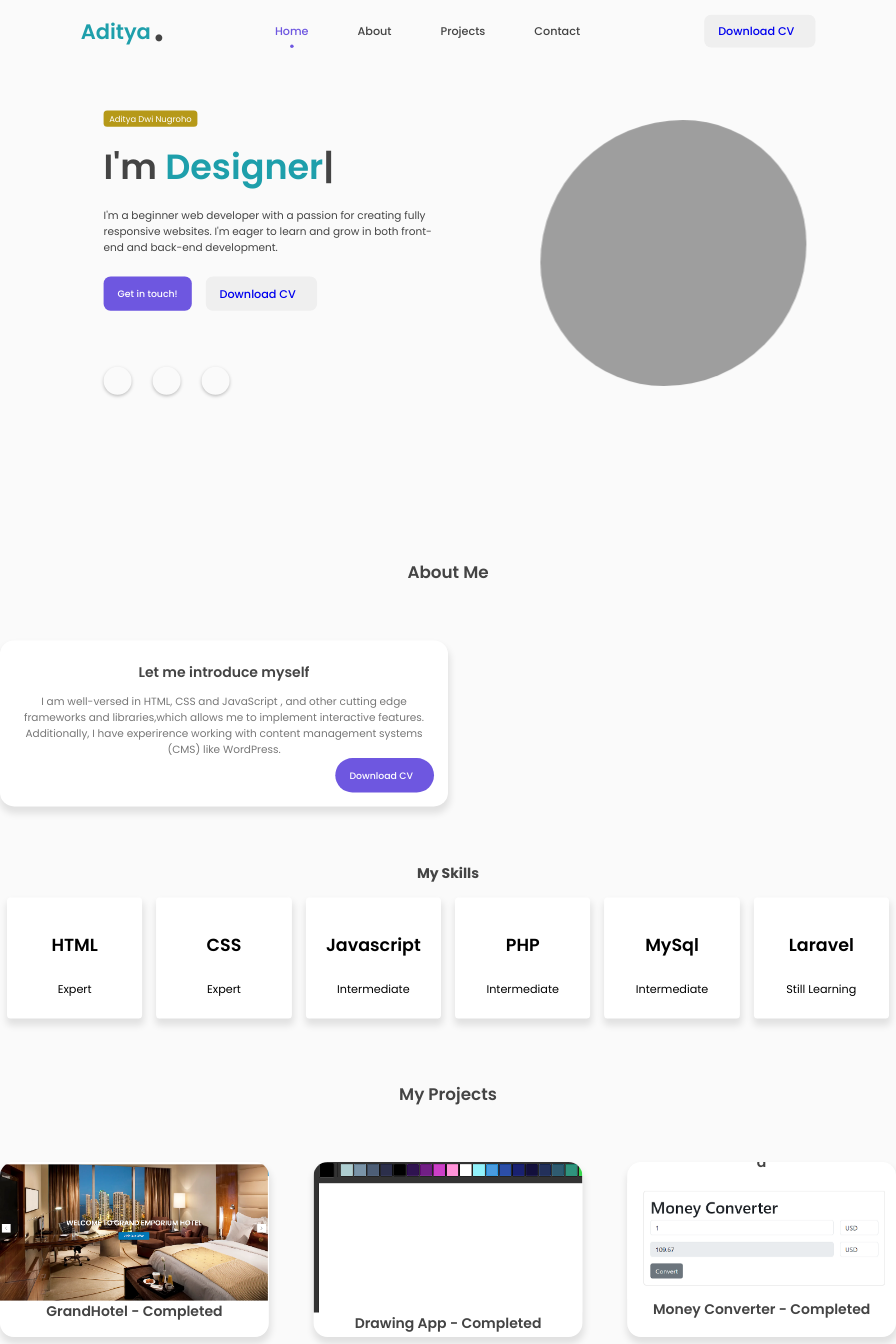
Repository: 4Kbrain/Portofolio
Page: index.html
An editor plug-in stored every save of this project. The page is shown before and after the next save, followed by the edit.
The browser window is 1280 px wide. The pictures show the part of the page from y = 0 to 1920 px (the page is 3000 px tall), at 70% of full size.
Pictures or frames that could not be fetched are drawn as grey boxes. Some icons come from a web library that is not loaded, so they are not drawn.

Above is the page before, as saved 2024-05-15 18:17:16.
Console error: ReferenceError: ScrollReveal is not defined

After the next save:
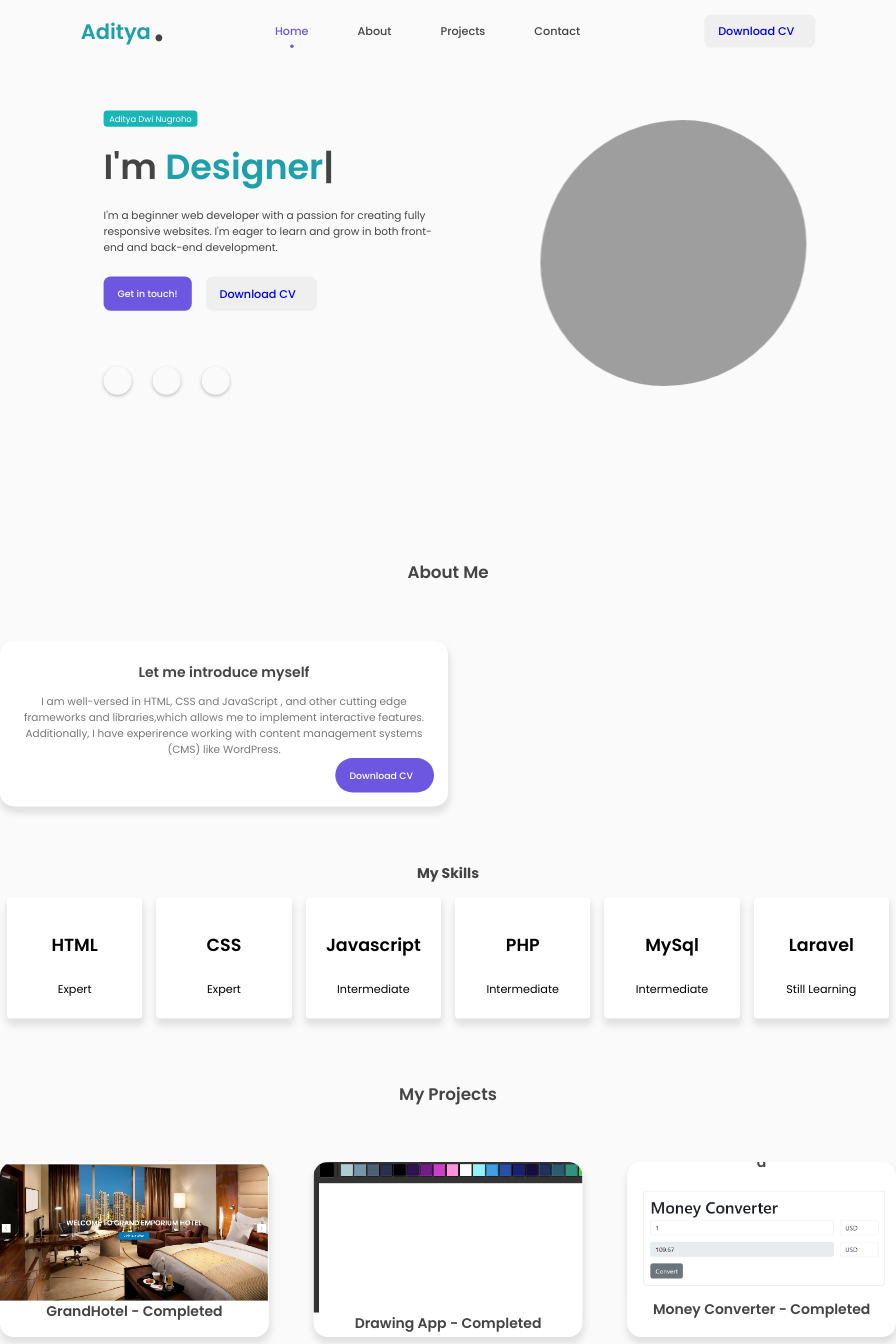
Saved 9 s later.
--- a/assets/css/style.css
+++ b/assets/css/style.css
@@ -11,7 +11,7 @@
     --first-color-hover: rgb(40, 91, 212);
 
     --second-color: #0077b6;
-    --third-color: rgb(182, 153, 24);
+    --third-color: rgb(24, 182, 182);
     --first-shadow-color: rgba(0, 0, 0, 0.1);
 
 }
